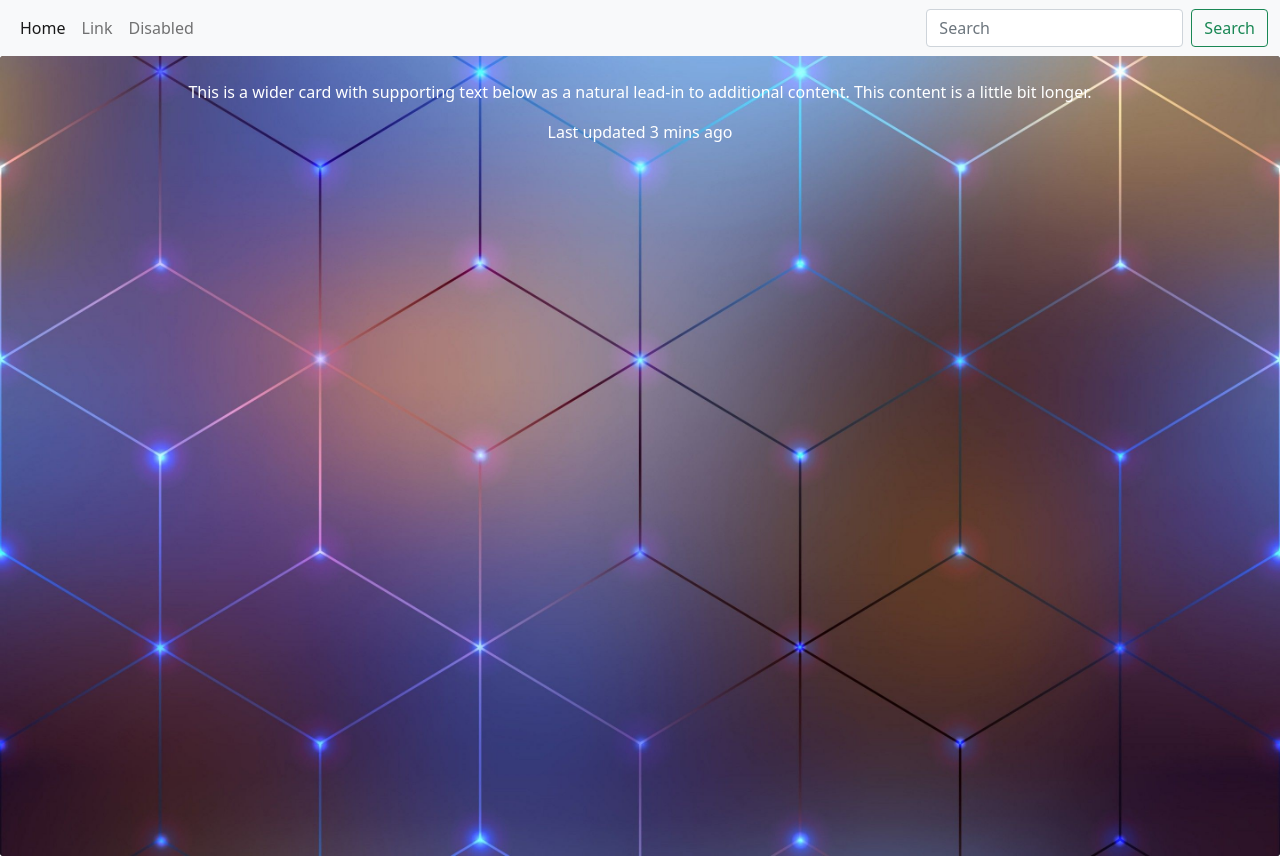
Repository: codysun1912/code
Page: /Home (app in shop/)
An editor plug-in stored every save of this project. The page is shown before and after the next save, followed by the edit.
The browser window is 1280 px wide. The pictures show the whole page.
The project was rebuilt for these pictures with package versions that can differ from the ones it lists, and the page was loaded fresh each time. Also part of the build but not shown: shop/src/components/Login.js, shop/src/components/About.jsx.

Above is the page before, as saved 2022-04-09 12:17:33.

### shop/src/index.js
import React from 'react';
import ReactDOM from 'react-dom';
import './index.css';
import App from './App';
import { BrowserRouter } from 'react-router-dom';

ReactDOM.render(
  <React.StrictMode>
    <BrowserRouter>
      <App />
    </BrowserRouter>
  </React.StrictMode>,
  document.getElementById('root')
);

// If you want to start measuring performance in your app, pass a function
// to log results (for example: reportWebVitals(console.log))
// or send to an analytics endpoint. Learn more: https://bit.ly/CRA-vitals

### shop/src/App.js
import './App.css'
import Navbar from './components/Navbar'
import '../node_modules/bootstrap/dist/css/bootstrap.min.css'


function App() {
  return (
    <div className="App">
      <Navbar/>
    </div>
  )
}
export default App

### shop/src/components/navbar.jsx
import React from 'react'
import { Routes, Route, Link } from 'react-router-dom'
import Home from './Home'
import Login from './Login'
import About from './About'
export default function Navbar() {
    return (
        <div><nav className="navbar navbar-expand-lg navbar-light bg-light">
            <div className="container-fluid">
                <div className="collapse navbar-collapse" id="navbarSupportedContent">
                    <ul className="navbar-nav me-auto mb-2 mb-lg-0">
                        <li className="nav-item">
                            <Link to="/" className="nav-link active" aria-current="page" >Home</Link>
                        </li>
                        <li className="nav-item">
                            <Link to="/Home" className="nav-link" href="#">Link</Link>
                        </li>
                        <li className="nav-item">
                            <Link to="/Login" className="nav-link ">Disabled</Link>
                        </li>
                    </ul>
                    <form className="d-flex">
                        <input className="form-control me-2" type="search" placeholder="Search" aria-label="Search" />
                        <button className="btn btn-outline-success" type="submit">Search</button>
                    </form>
                </div>
            </div>
        </nav>
            <Routes>
                <Route path='/' element={<About />} />
                <Route path='/Home' element={<Home />} />
                <Route path='/Login' element={<Login />} />
            </Routes>
        </div>
    )
}

### shop/src/components/Home.jsx
import React, { useState } from 'react'

export default function Home() {
  const [index, setIndex] = useState('cody')

  console.log(setIndex);

  return (
    <div className="hero">
      <div className="card bg-dark text-white border-0">
        <img src="/assets/bg.jpg" className="card-img" alt="background" />
        <div className="card-img-overlay">
          <h5 className="card-title" onClick={() => setIndex(index
            + 1)}>{setIndex}</h5>
          <p className="card-text">
            This is a wider card with supporting text below as a natural lead-in
            to additional content. This content is a little bit longer.
          </p>
          <p className="card-text">Last updated 3 mins ago</p>
        </div>
      </div>
    </div>
  )
}

Loaded but not shown: shop/public/index.html (common file); shop/src/index.css (common file); shop/src/App.css (common file)

After the next save:
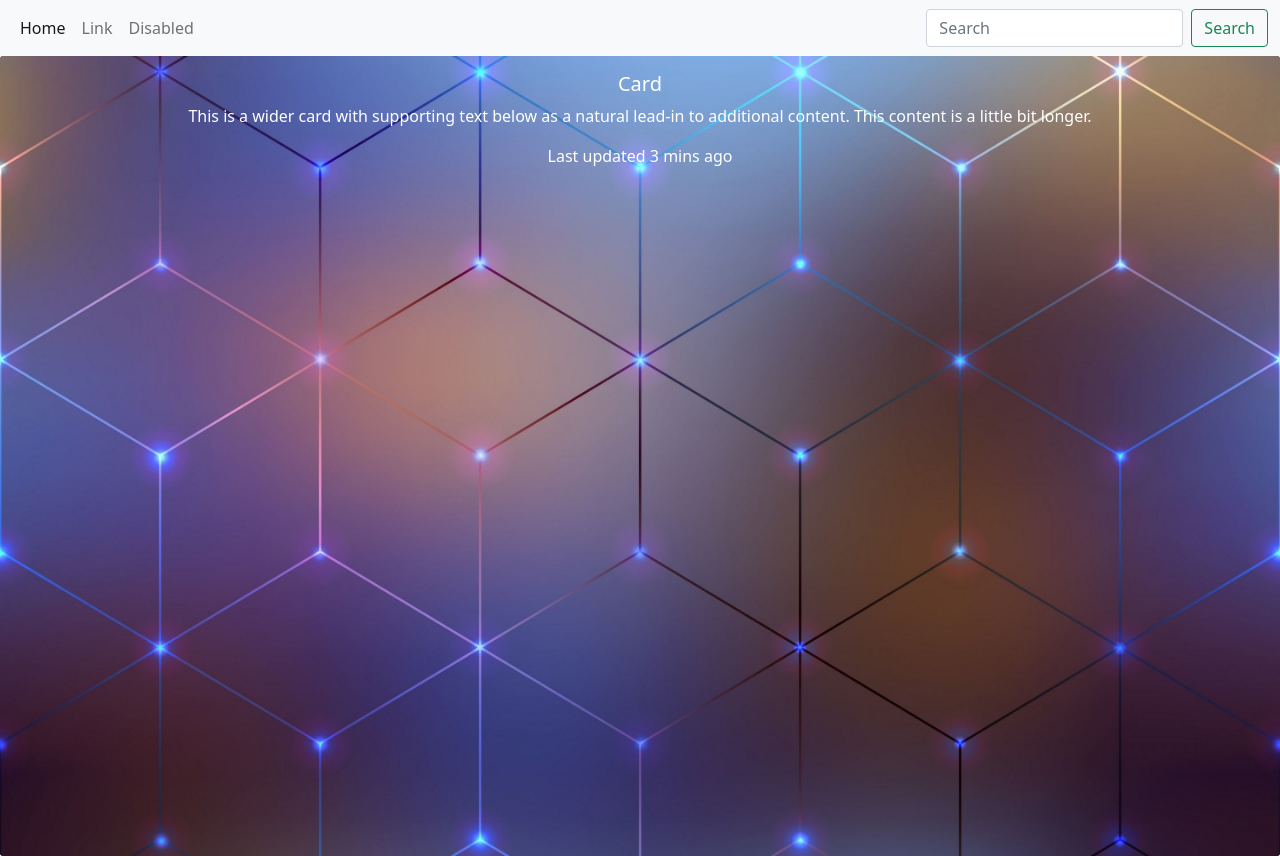
Saved 53 s later.
--- a/shop/src/components/Home.jsx
+++ b/shop/src/components/Home.jsx
@@ -1,17 +1,13 @@
 import React, { useState } from 'react'
 
 export default function Home() {
-  const [index, setIndex] = useState('cody')
-
-  console.log(setIndex);
 
   return (
     <div className="hero">
       <div className="card bg-dark text-white border-0">
         <img src="/assets/bg.jpg" className="card-img" alt="background" />
         <div className="card-img-overlay">
-          <h5 className="card-title" onClick={() => setIndex(index
-            + 1)}>{setIndex}</h5>
+          <h5 className="card-title">Card </h5>
           <p className="card-text">
             This is a wider card with supporting text below as a natural lead-in
             to additional content. This content is a little bit longer.
